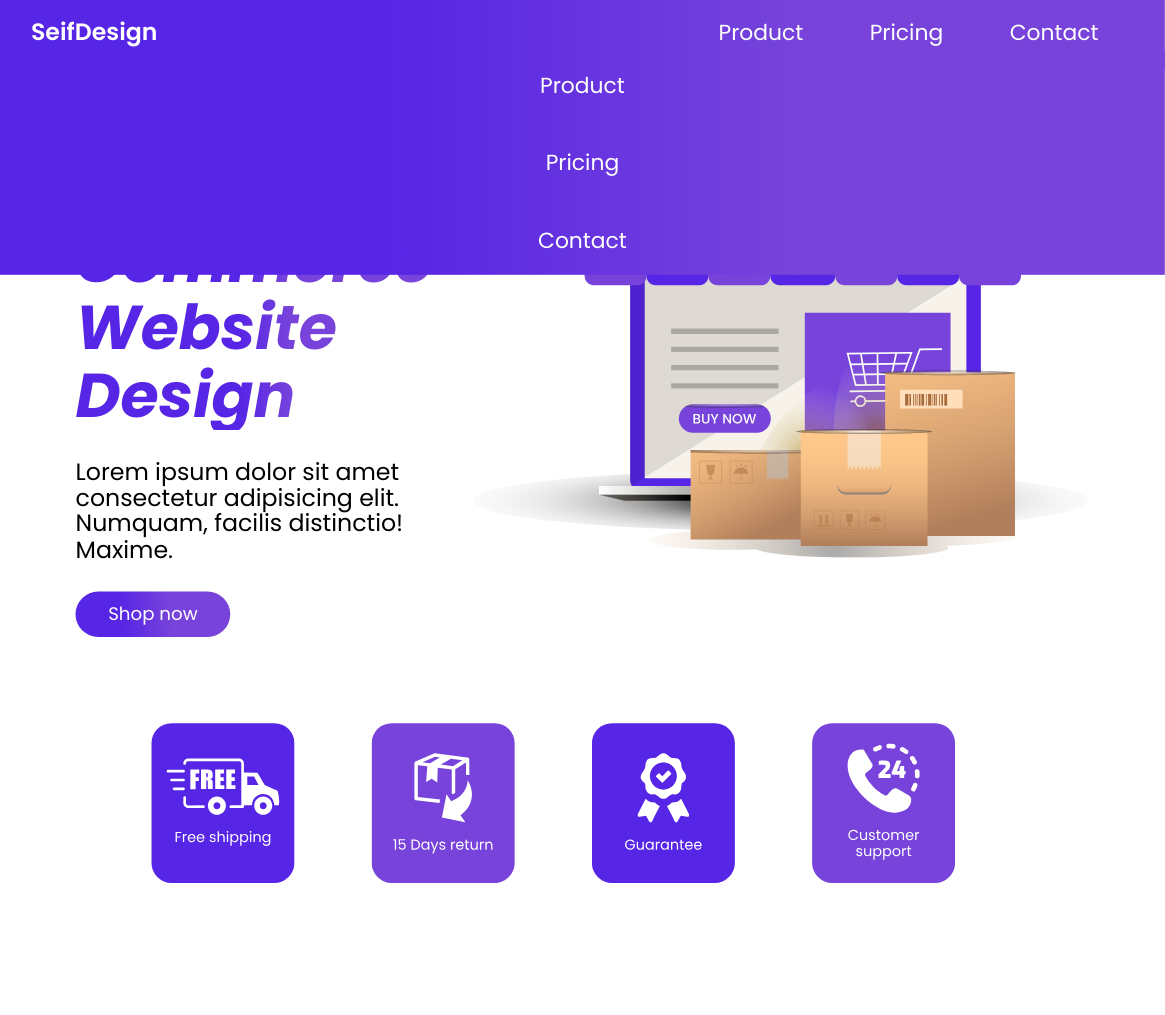
Repository: NatiqSamiyev/commers-desing-JS
Page: index.html
The author's editor kept a copy of each file at every save. The page is drawn from the files as they stood at one save, then again after a run of saves.
The browser window is 1280 px wide. The pictures show the whole page, at 91% of full size.
After loading, the first visible `button.open-btn` was clicked once.
Some web fonts or font styles are not loaded; a fallback is used.

Above is the page before, as saved 2023-11-06 12:18:40.

### index.html
<!DOCTYPE html>
<html lang="en">
  <head>
    <meta charset="UTF-8" />
    <meta name="viewport" content="width=device-width, initial-scale=1.0" />
    <title>Document</title>
    <link rel="stylesheet" href="index.css" />
  </head>
  <body>
    <div class="commerse-design-container">
      <div class="top-container">


        <nav>
          <h1>SeifDesign</h1>
          <ul>
            <li>
              <a href="#">Product</a>
            </li>
            <li>
              <a href="#">Pricing</a>
            </li>
            <li>
              <a href="#">Contact</a>
            </li>
          </ul>
          <button class="open-btn">
            <img src="./image/Frame 1.svg" alt="">
          </button>
          <button class="close-btn">
            <img src="./image/Frame 1 (1).svg" alt="">
          </button>
        </nav>
<div class="menu-box">
  <a href="#">Product</a>
  <a href="#">Pricing</a>
<a href="#">Contact</a>
</div>

      </div>

      <main>
        <div class="image-container">
          <div class="box-1">
            <h2>E-Commerce Website Design</h2>
            <p>
              Lorem ipsum dolor sit amet consectetur adipisicing elit. Numquam,
              facilis distinctio! Maxime.
            </p>
            <button>
              <a href="#">Shop now</a>
            </button>
          </div>

          <div class="box-2">
            <img src="./image/Group.svg" alt="" />
          </div>
        </div>


        <div class="bottom-container">
          <div class="box-1">
            <img src="./image/Frame 12.svg" alt="" />
            <img src="./image/Frame 11.svg" alt="" />
          </div>
         <div class="box-2">
          <img src="./image/Frame 10.svg" alt="" />
          <img src="./image/Frame 13.svg" alt="" />
         </div>

        </div>
      </main>


  </body>
  <script src="./index.js"></script>
</html>

### index.css
@import url("https://fonts.googleapis.com/css2?family=Epilogue:wght@400;600;700;800;900&family=Inter:wght@400;500;600;700&family=Laila:wght@700&family=Open+Sans:wght@400;600;700;800&family=Poppins:ital,wght@0,400;0,500;0,600;0,700;1,700&family=Roboto+Slab:wght@700&family=Roboto:wght@400;700;900&display=swap");

* {
  margin: 0;
  padding: 0;
  box-sizing: border-box;
}

.commerse-design-container {
  width: 100%;
  padding: 0 0 33px 0;
  min-height: 100vh;
}

.top-container {
  width: 100%;
  padding: 16px 0 21px 34px;
  background: linear-gradient(270deg, #7743db 31.64%, #5725e5 66.78%);
  position: relative;
}

.top-container h1 {
  color: #fff;
  font-family: Poppins;
  font-size: 26px;
  font-style: normal;
  font-weight: 600;
  line-height: normal;
}

.top-container nav {
  display: flex;
  justify-content: space-between;
  align-items: center;
}
.top-container nav button {
  background: none;
  border: none;
}
.top-container nav .close-btn{
  display: none;
}
.top-container nav ul {
  display: flex;
}

.top-container nav ul li {
  margin-right: 73px;
  list-style-type: none;
}

.top-container nav ul li a {
  text-decoration: none;
  color: #fff;
  text-align: center;
  font-family: Poppins;
  font-size: 24px;
  font-style: normal;
  font-weight: 300;
  line-height: normal;
}
.top-container .menu-box {
  width: 100%;
  padding: 21px 30px;
  display: flex;
  flex-direction: column;
  gap: 50px;
  background: linear-gradient(270deg, #7743db 31.64%, #5725e5 66.78%);
  position: absolute;
  left: 0;

  display: none;
}
.top-container .menu-box a{
  /* margin-bottom: 50px; */
  color: #FFF;
text-align: center;
font-family: Poppins;
font-size: 24px;
font-style: normal;
font-weight: 300;
line-height: normal;
text-decoration: none;

}
main {
  width: 100%;
  padding: 100px 83px;
}
main .image-container {
  margin-bottom: 83px;
  display: flex;
  justify-content: space-between;
}

.box-1 h2 {
  margin-bottom: 32px;
  font-family: Poppins;
  font-size: 68px;
  font-style: italic;
  font-weight: 700;
  line-height: 109%;
  background: linear-gradient(268deg, #7743db 46.2%, #5725e5 59.09%);
  background-clip: text;
  -webkit-background-clip: text;
  -webkit-text-fill-color: transparent;
}

.box-1 p {
  margin-bottom: 32px;
  color: #000;
  font-family: Poppins;
  font-size: 26px;
  font-style: normal;
  font-weight: 300;
  line-height: 109%;
}

.box-1 button {
  width: 170px;
  height: 50px;
  padding: 0px 24px;
  display: flex;
  justify-content: center;
  align-items: center;
  gap: 10px;
  border-radius: 25px;
  background: linear-gradient(263deg, #7743db 38.81%, #5725e5 70.24%);
  border: none;
}

.box-1 button a {
  text-decoration: none;
  color: #fff;
  font-family: Poppins;
  font-size: 20px;
  font-style: normal;
  font-weight: 400;
  line-height: 109%;
}

.box-2 img {
  width: 677.61px;
  height: 437.417px;
}

.bottom-container {
  display: flex;
  justify-content: center;
}

.bottom-container img {
  margin-right: 64px;
  width: 178px;
  height: 199px;
  padding: 10px;
  border-radius: 25px;
}
.bottom-container .box-1 {
  display: flex;
}

.bottom-container .box-2 {
  display: flex;
}
/* mobile design */

@media screen and (max-width: 768px) {
  .commerse-design-container {
    background-color: #ececec;
  }
  .top-container {
    padding: 20px;
  }
  .top-container h1 {
    font-size: 18px;
  }
  main {
    padding: 60px 20px;
    margin-bottom: 0;
  }
  .top-container nav ul {
    display: none;
  }
  .top-container nav button {
    display: block;
  }
  .image-container .box-2 {
    margin-bottom: 29px;
    display: flex;
    justify-content: center;
    align-items: center;
  }
  .image-container {
    flex-direction: column-reverse;
  }
  .image-container .box-2 img {
    width: 352px;
    height: 256.511px;
  }

  .image-container .box-1 {
    width: 100%;
    display: flex;
    justify-content: center;
    flex-direction: column;
    align-items: center;
  }

  .image-container .box-1 h2 {
    width: 390px;
    text-align: center;
    font-size: 40px;
  }

  .box-1 p {
    text-align: center;
    font-size: 20px;
  }

  .bottom-container {
    margin-top: 46px;
    display: flex;
    flex-direction: column;
  }
  .bottom-container .box-2 {
    flex-direction: row-reverse;
    justify-content: center;
  }
  .bottom-container .box-1 {
    justify-content: center;
  }
  .bottom-container img {
    width: 160px;
    height: 180px;
    margin-right: 20px;
  }

  .box-1 button {
    margin-bottom: 0;
  }
}

### index.js
let openBtn = document.querySelector('.open-btn')
let menuBox=document.querySelector('.menu-box')
let closeBtn = document.querySelector('.close-btn')

openBtn.addEventListener('click', openMenu)
function openMenu(){
menuBox.style.display ='flex'
openBtn.style.display='none'
openBtn.style.display='none'

}

After the next 2 saves:
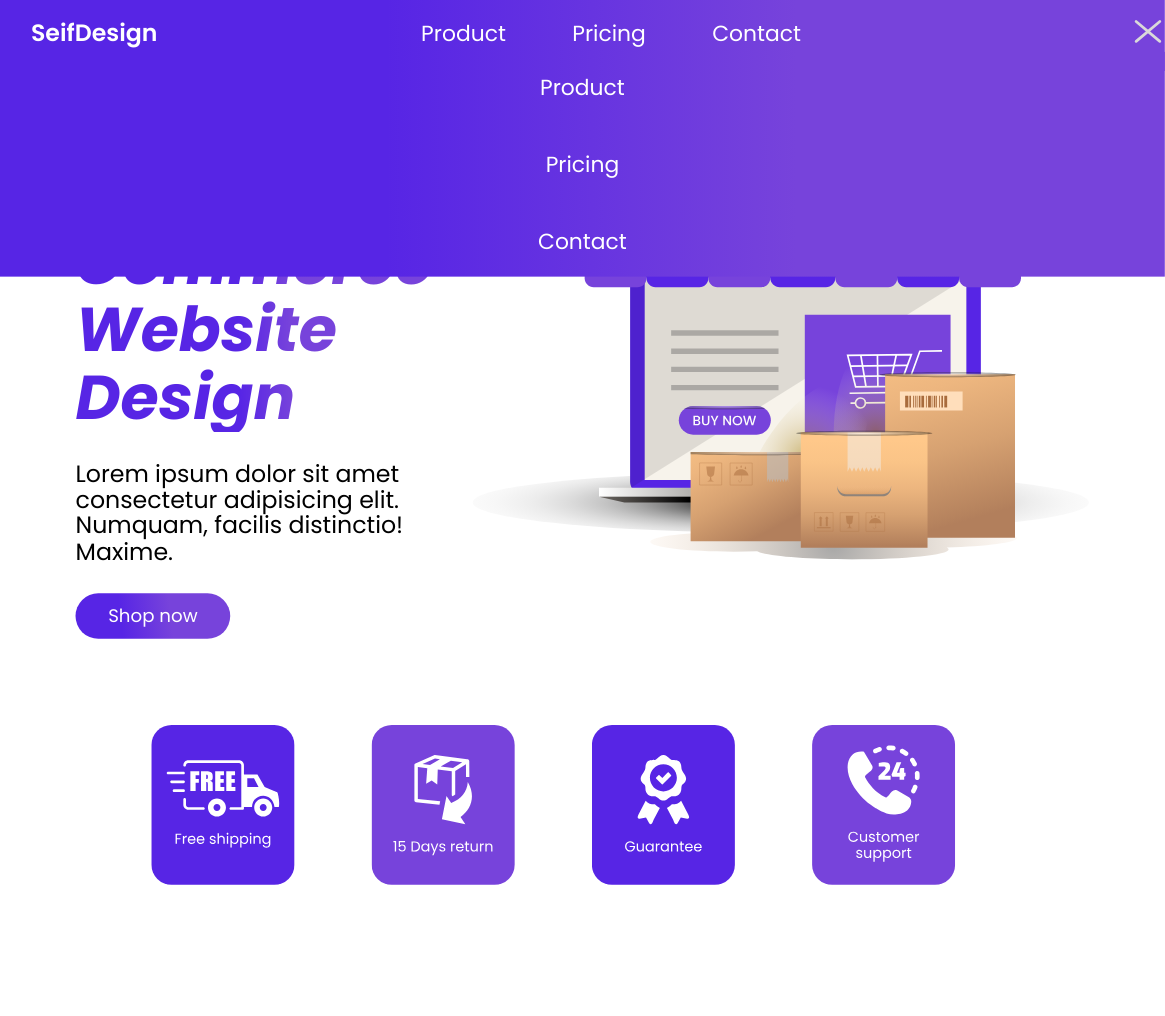
The 2 saves are shown as one change because they came seconds apart.
The last was saved 7 s later.
--- a/index.js
+++ b/index.js
@@ -6,6 +6,6 @@ openBtn.addEventListener('click', openMenu)
 function openMenu(){
 menuBox.style.display ='flex'
 openBtn.style.display='none'
-openBtn.style.display='none'
+closeBtn.style.display='block'
 
 }
